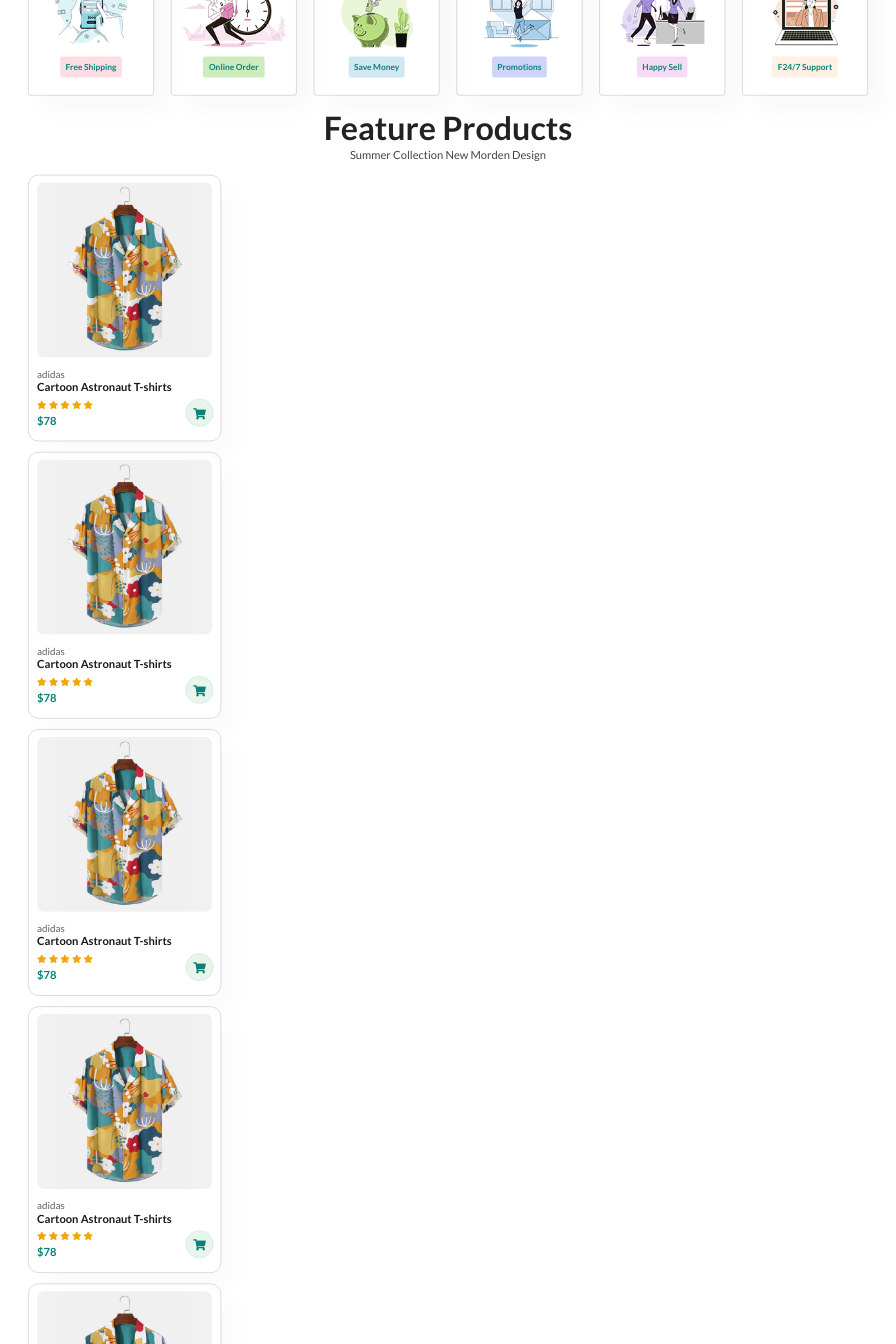
Repository: Nguyenductuan-dev/Website-Clothes
Page: index.html
The author's editor kept a copy of each file at every save. The page is drawn from the files as they stood at one save, then again after the next save.
The browser window is 1280 px wide. The pictures show the part of the page from y = 811 to 2731 px (the page is 4214 px tall before and 1853 px after), at 70% of full size.

Above is the page before, as saved 2022-04-26 01:14:01.

After the next save:
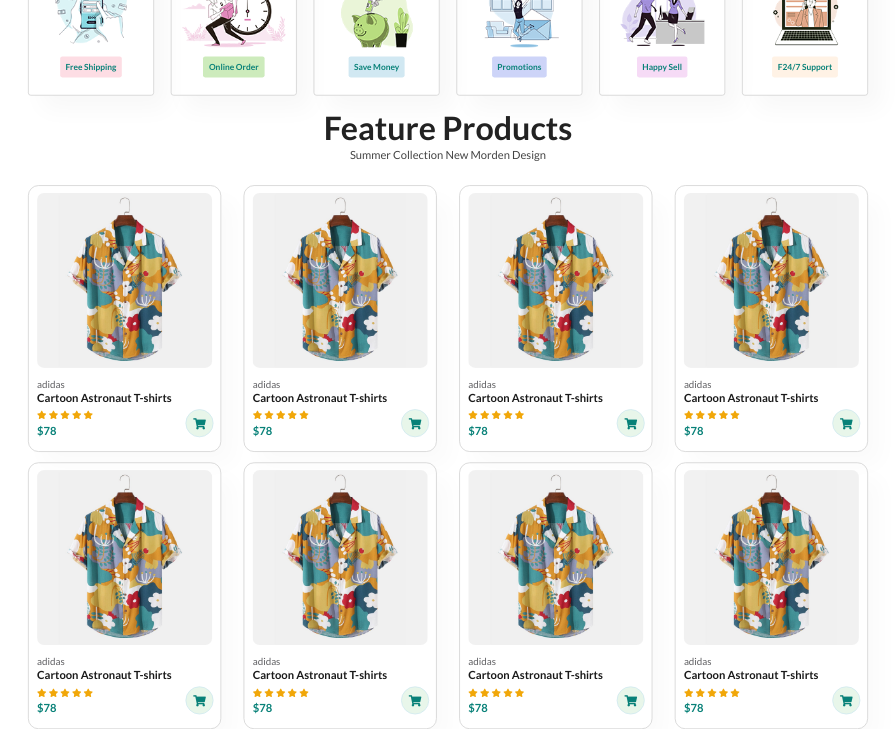
Saved 112 s later.
--- a/assets/css/style.css
+++ b/assets/css/style.css
@@ -186,6 +186,9 @@ body {
     text-align: center;
 }
 .product1__list {
+    display: flex;
+    justify-content: space-between;
+    flex-wrap: wrap;
     margin-top: 20px;
 }
 .product1__item {
